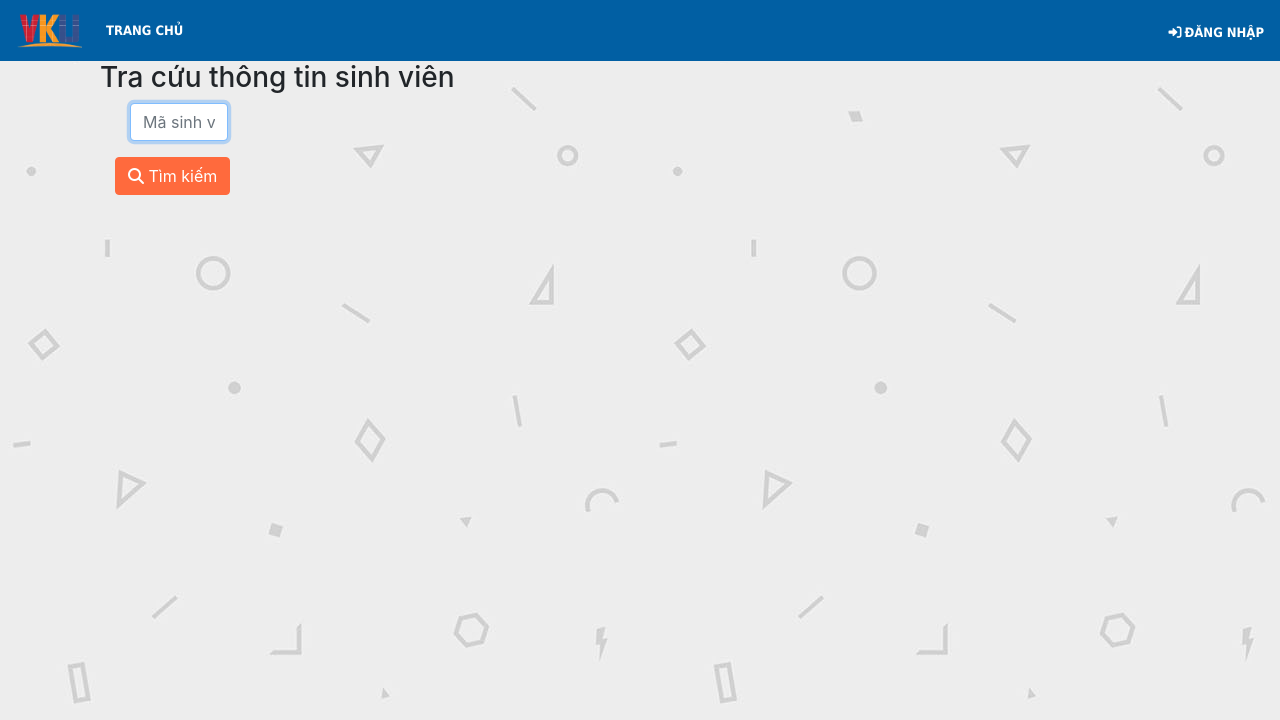
Repository: nguyenmanhtruongdat/javaServletFinalEx
Page: http://localhost/test/editInfor.jsp
The author's editor kept a copy of each file at every save. The page is drawn from the files as they stood at one save, then again after a run of saves.
The browser window is 1280 px wide. The pictures show the whole page.
Some web libraries are served in a nearby version. The page is served by Tomcat 9. Other server files are loaded and not shown.

Above is the page before, as saved 2022-07-06 14:57:22.
Console error: TypeError: $(...).datepicker is not a function

### vku/ktx/test/src/main/webapp/editInfor.jsp
<%@ page language="java" contentType="text/html; charset=UTF-8"
	pageEncoding="UTF-8"%>
<meta http-equiv="Content-Type" content="text/html; charset=UTF-8">
<%@ taglib prefix="c" uri="http://java.sun.com/jsp/jstl/core"%>
<%@ page import="java.sql.*"%>
<%@ page import="java.io.*"%>
<%@ page import="DBConnect.DBContext"%>
<!DOCTYPE html>
<html>
<head>
<meta charset="UTF-8">
<link rel="stylesheet"
	href="https://stackpath.bootstrapcdn.com/bootstrap/4.3.1/css/bootstrap.min.css"
	integrity="sha384-ggOyR0iXCbMQv3Xipma34MD+dH/1fQ784/j6cY/iJTQUOhcWr7x9JvoRxT2MZw1T"
	crossorigin="anonymous">
<link rel="stylesheet"
	href="https://cdnjs.cloudflare.com/ajax/libs/font-awesome/6.1.1/css/all.min.css">
<link rel="stylesheet"
	href="https://cdnjs.cloudflare.com/ajax/libs/font-awesome/5.15.3/css/all.min.css">
<link rel="stylesheet"
	href="https://cdnjs.cloudflare.com/ajax/libs/animate.css/4.1.1/animate.min.css" />
<link rel="icon" type="image/x-icon" href="./favicons/favicon.ico">
<link rel="./faviconsapple-touch-icon" sizes="180x180"
	href="./favicons/apple-touch-icon.png">
<link rel="icon" type="image/png" sizes="32x32"
	href="./favicons/favicon-32x32.png">
<link rel="icon" type="image/png" sizes="16x16"
	href="./favicons/favicon-16x16.png">
<style><%@ include file ="/WEB-INF/style.css"%></style>
<script src="https://code.jquery.com/jquery-1.12.4.js"></script>
<script src="https://code.jquery.com/ui/1.12.1/jquery-ui.js"></script>
<style>
input[type=checkbox], input[type=radio] {
    /* box-sizing: border-box; */
    font-size: 5px;
    margin: 0 10px 0 10px;
    padding: 0;
    width: 15px;
}
</style>
<script>
      $(function () {
        $("#datepicker").datepicker({
          dateFormat: "dd/mm/yy",
        });
      });
    </script>
<title>Trang chủ</title>
</head>
<body>
	<div class="preloading">
		<img src="gif/pre-loader.gif" alt=""
			style="width: 80px !important; height: auto;">
	</div>
	<!-- nav starts  -->

	<nav class="navbar navbar-expand-lg navbar-light sticky-top"
		style="background-color: rgb(1, 95, 163);">
		<a class="navbar-brand" href="index.jsp"><img src="images/vku.png"
			alt="" width="66px" height="35px"></a>
		<button class="navbar-toggler" type="button" data-toggle="collapse"
			data-target="#navbarColor03" aria-controls="navbarColor03"
			aria-expanded="false" aria-label="Toggle navigation">
			<span class="navbar-toggler-icon"></span>
		</button>

		<div class="collapse navbar-collapse" id="navbarColor03">
			<ul class="navbar-nav mr-auto">
				<li class="nav-item"><a class="nav-link" href="index.jsp">Trang
						chủ</a></li>
				<c:if test="${sessionScope.acc.isUser==1}">
					<li class="nav-item dropdown"><a
						class="nav-link dropdown-toggle" data-toggle="dropdown" href="#"
						role="button" aria-haspopup="true" aria-expanded="false">Đăng
							ký</a>
						<div class="dropdown-menu">
							<a class="dropdown-item" href="register-live.jsp">Đăng ký ở
								nội trú</a> <a class="dropdown-item"
								href="register-infor-student.jsp">Đăng ký thông tin cá nhân</a>
						</div></li>
				</c:if>

				<c:if test="${sessionScope.acc.isAdmin==1}">
					<li class="nav-item dropdown"><a
						class="nav-link dropdown-toggle" data-toggle="dropdown" href="#"
						role="button" aria-haspopup="true" aria-expanded="false">Quản
							lý</a>
						<div class="dropdown-menu">
							<a class="dropdown-item" href="quanlySV">Quản lý sinh viên</a> <a
								class="dropdown-item" href="quanlyPhong">Quản lý phòng</a> <a
								class="dropdown-item" href="quanlyAcc">Quản lý tài khoản</a>
						</div></li>
				</c:if>

				<c:if test="${sessionScope.acc.isUser==1}">

					<li class="nav-item dropdown"><a
						class="nav-link dropdown-toggle" data-toggle="dropdown" href="#"
						role="button" aria-haspopup="true" aria-expanded="false">Cập
							nhật thông tin</a>
						<div class="dropdown-menu">
							<a class="dropdown-item" href="editLiver.jsp">Cập nhật thông
								tin ở nội trú</a> <a class="dropdown-item" href="editInfor.jsp">Cập
								nhật thông tin các nhân</a>
						</div></li>
				</c:if>

				<c:if test="${sessionScope.acc.isAdmin==1}">
					<li class="nav-item dropdown"><a
						class="nav-link dropdown-toggle" data-toggle="dropdown" href="#"
						role="button" aria-haspopup="true" aria-expanded="false">Thông
							báo</a>
						<div class="dropdown-menu">
							<a class="dropdown-item" href="">Duyệt đăng ký phòng</a> <a
								class="dropdown-item" href="">Liên lạc sinh viên, phụ huynh</a>
							<a class="dropdown-item" href="">Thông báo nộp tiền</a> <a
								class="dropdown-item" href="">Thông báo hết hạn</a>
						</div></li>
				</c:if>

				<c:if test="${sessionScope.acc.isUser==1}">
					<li class="nav-item dropdown"><a
						class="nav-link dropdown-toggle" data-toggle="dropdown" href="#"
						role="button" aria-haspopup="true" aria-expanded="false">Biểu
							mẫu</a>
						<div class="dropdown-menu">
							<a class="dropdown-item" href="booktour.jsp">Đơn đăng ký ở
								nội trú</a> <a class="dropdown-item" href="bookticket.jsp">Hợp
								đồng</a> <a class="dropdown-item" href="bookticket.jsp">Quy định</a>
						</div></li>
				</c:if>

				<c:if test="${sessionScope.acc!=null}">
					<li class="nav-item"><a class="nav-link" href="index.jsp">Xin
							chào ${sessionScope.acc.username} !</a></li>
				</c:if>

			</ul>
			<c:if test="${sessionScope.acc==null}">
				<ul class="nav navbar-nav navbar-right">
					<li><a href="login.jsp"><i
							class="fa-solid fa-right-to-bracket"></i>Đăng nhập</a></li>
				</ul>
			</c:if>
			<c:if test="${sessionScope.acc!=null}">
				<ul class="nav navbar-nav navbar-right">
					<li><a href="logout"><i
							class="fa-solid fa-right-to-bracket"></i>Đăng xuất</a></li>
				</ul>
			</c:if>
		</div>
	</nav>
	<!-- nav end -->

	<div class="site_content">
		<div class="container">

			<div class="row">
				<section class="col-md-12" id="searchDiv">
					<div class="page_header cfix" id="page_header">
						<div class="col-xs-12 col-sm-12 col-md-12 col-lg-12">
							<h3>Tra cứu thông tin sinh viên</h3>
						</div>
						<div class="container">
							<div class="form-group">
							<div class="col-md-6">
								<div class="col-xs-11 col-sm-4 col-md-4 col-lg-3">
									<input class="form-control" name="masv" id="masv"
										placeholder="Mã sinh viên" autocomplete="off"
										required="required" autofocus="1" type="text">
								</div>
							</div>
							</div>
							<div class="form-group">
								<div class="col-xs-11 col-sm-4 col-md-4 col-lg-3">
									<button class="btn btn-primary" id="search">
										<i class="fa-solid fa-magnifying-glass"></i> Tìm kiếm
									</button>
								</div>

							</div>

						</div>

						<div id="image_id">
							<img id="ajax-loader" class="img-responsive"
								src="./gif/ajax-loader.gif" style="display: none;">
						</div>
					</div>
					<br>



					<div id="info_student"
						class="col-xs-12 col-sm-12 col-md-12 col-lg-12"></div>
					<div id="infor_room"
						class="col-xs-12 col-sm-12 col-md-12 col-lg-12"></div>
				</section>
			</div>
		</div>
	</div>

	<!-- Button trigger modal -->

	<!-- Modal -->
	<div class="modal fade" id="modalRoomInfor" tabindex="-1" role="dialog"
		aria-labelledby="modalRoomInfor" aria-hidden="true">
		<div class="modal-dialog" role="document">
			<div class="modal-content">
				<div class="modal-header">
					<h5 class="modal-title" id="exampleModalLabel">Thông tin phòng
						ở</h5>
					<button type="button" class="close" data-dismiss="modal"
						aria-label="Close">
						<span aria-hidden="true">&times;</span>
					</button>
				</div>
				<div class="modal-body" id="modal-body"></div>
			</div>
		</div>
	</div>

	<script>
//            var btn = document.getElementById("search");
//            btn.addEventListener("click", function () {
//                $.ajax({
//                    url: "/tomcat/searchSV",
//                    type: "get",
//                    beforeSend: function () {
//                        $('#image_id').show();
//                    },
//                    success: function (data) {
//                        $('#image_id').hide();
//                        var row = document.getElementById("info_student");
//                        row.innerHTML = data;
//                    },
//                    error: function (xhr) {
//                        //Do Something to handle error
//                    }
//                });
//            });

            function searchSVAjax() {
                var masvSearch = document.getElementById('masv').value;
                console.log(masvSearch);
                $.ajax({
                    url: "/test/getAllInfor",
                    type: "get",
                    data: {
                        masv: masvSearch
                    },
                    beforeSend: function () {
                        $('#ajax-loader').show();
                    },
                    success: function (data) {
                        $('#ajax-loader').hide();
                        var row = document.getElementById("info_student");
                        row.innerHTML = data;
                    },
                    error: function (xhr) {
                        //Do Something to handle error
                    }
                });
            }
            var input = document.getElementById("masv");
            input.addEventListener("keypress", function (event) {
                if (event.key === "Enter") {
                    if (input.value == "") {
                        alert("Vui lòng nhập mã sinh viên!");
                    } else {
                        event.preventDefault();
                        document.getElementById("search").click();
                    }
                }
            });
            var btn = document.getElementById("search");
            btn.addEventListener('click', function () {
                if (input.value == "") {
                    alert("Vui lòng nhập mã sinh viên!");
                } else {
                    searchSVAjax();
                }
            })
        </script>
	<script
		src="https://ajax.googleapis.com/ajax/libs/jquery/3.5.1/jquery.min.js"></script>
	<script type="text/javascript" src="js/bootstrap.min.js"></script>
	<script type="text/javascript" src="js/script.js"></script>
</body>
</html>

### vku/ktx/test/src/main/webapp/WEB-INF/style.css
@import
	url('https://fonts.googleapis.com/css2?family=Permanent+Marker&display=swap')
	;

html {
	scroll-behavior: smooth;
}
body{
	background: url("./images/body.jpg") ;
}
.btn-primary {
	color: #fff !important;
    background-color: #FF6A3D!important;
    border-color: #FF6A3D !important;
}
.center {
	margin: 0 auto;
	width: 100%;
}

.preloading {
	position: fixed;
	top: 0;
	left: 0;
	width: 100%;
	height: 100%;
	background: #ffffff no-repeat center center !important;
	background-size: 10%;
	z-index: 9999;
	display: flex;
	justify-content: center;
	align-items: center;
}

.divider:after, .divider:before {
	content: "";
	flex: 1;
	height: 1px;
	background: none;
}

p {
	font-size: 20px;
}

input[type=submit] {

}

span {
	color: red !important;
}

span {
	color: red;
	font-weight: bold;
}

.navbar-light .navbar-nav .nav-link, #navbarColor03>ul.nav.navbar-nav.navbar-right>li>a
	{
	color: white;
}

nav ul li a {
	font-family: "bebasneue", Tahoma, Arial, sans-serif !important;
	text-transform: uppercase;
	font-weight: bold;
	font-size: 13px;
}

#navbarColor03>ul.nav.navbar-nav.navbar-right>li>a>i:before {
	padding: 3px
}

#navbarColor03>form {
	width: 130px;
}

#navbarColor03>form>div>a {
	color: white;
}

a:hover {
	text-decoration: none !important;
}

body>div>div>form>div>div:nth-child(4)>a {
	width: 370px;
	height: 29px;
}

.btn:after {
	padding: 5px;
}

.btn-default {
	color: #ffffff;
	background-color: #a7a9aa;
	border-color: #a7a9aa;
}

.modal-content {
	position: static;
	float: left;
	left: 0;
	width: 1000px;
	background: #ffffff;
	box-shadow: 0px 3px 6px rgb(34 25 25/ 40%);
	padding: 0px 30px;
	min-height: 100%;
	cursor: default;
}

.img-thumbnail {
	width: 100px;
	height: auto;
}

/* Dashboard */
body {
  background-color: #fbfbfb;
}
@media (min-width: 991.98px) {
  main {
    padding-left: 240px;
  }
}

/* Sidebar */
.sidebar {
  position: fixed;
  top: 0;
  bottom: 0;
  left: 0;
  padding: 58px 0 0; /* Height of navbar */
  box-shadow: 0 2px 5px 0 rgb(0 0 0 / 5%), 0 2px 10px 0 rgb(0 0 0 / 5%);
  width: 240px;
  z-index: 600;
}

@media (max-width: 991.98px) {
  .sidebar {
    width: 100%;
  }
}
.sidebar .active {
  border-radius: 5px;
  box-shadow: 0 2px 5px 0 rgb(0 0 0 / 16%), 0 2px 10px 0 rgb(0 0 0 / 12%);
}

.sidebar-sticky {
  position: relative;
  top: 0;
  height: calc(100vh - 48px);
  padding-top: 0.5rem;
  overflow-x: hidden;
  overflow-y: auto; /* Scrollable contents if viewport is shorter than content. */
}
/* Dashboard */

### vku/ktx/test/src/main/webapp/js/script.js
$(window).on("load", function () {
			$(".preloading").fadeOut("slow");
		});
		var loader = document.getElementById("preloading");
		window.addEventListener("load", function () {
			loader.style.display = "none";
		})


$(document).ready(function(){
  // Add smooth scrolling to all links
  $("a").on('click', function(event) {

    // Make sure this.hash has a value before overriding default behavior
    if (this.hash !== "") {
      // Prevent default anchor click behavior
      event.preventDefault();

      // Store hash
      var hash = this.hash;

      // Using jQuery's animate() method to add smooth page scroll
      // The optional number (800) specifies the number of milliseconds it takes to scroll to the specified area
      $('html, body').animate({
        scrollTop: $(hash).offset().top
      }, 800, function(){

        // Add hash (#) to URL when done scrolling (default click behavior)
        window.location.hash = hash;
      });
    } // End if
  });
});


  $( function() {
    $( "#datepicker" ).datepicker();
  } );

Loaded but not shown: vku/ktx/test/src/main/webapp/js/bootstrap.min.js (library)

After the next 2 saves:
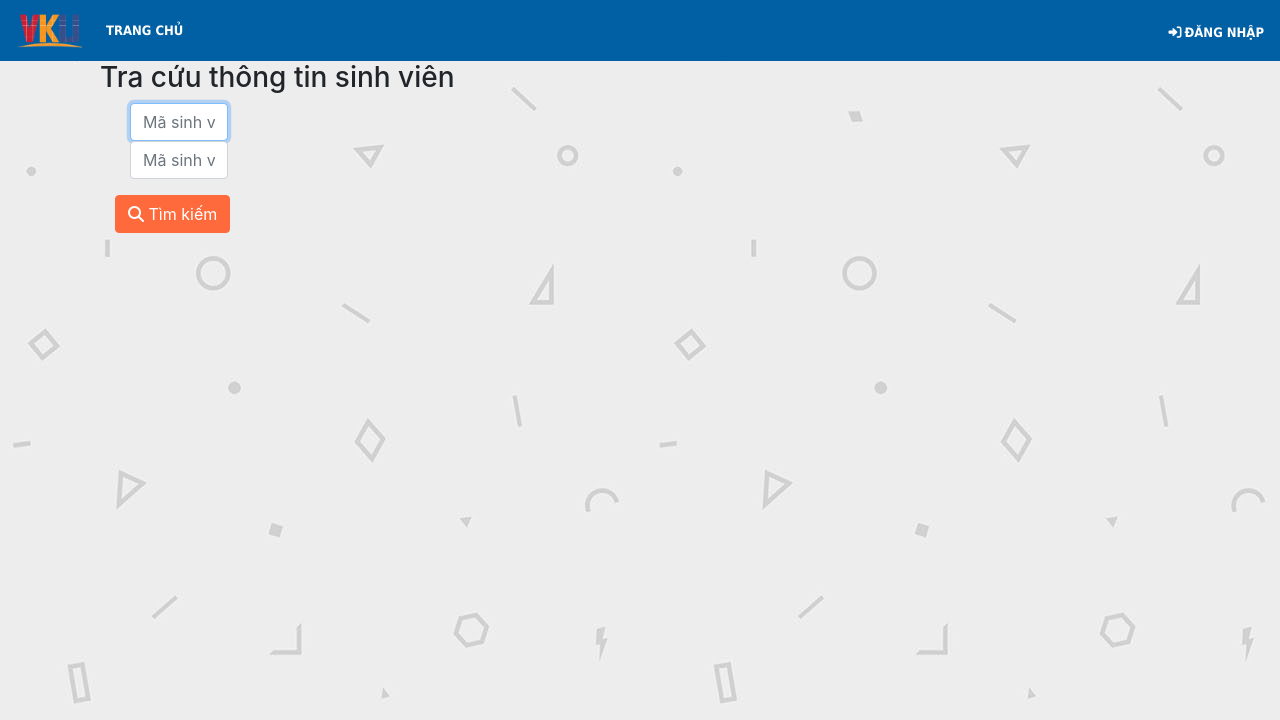
The 2 saves are shown as one change because they came seconds apart.
The last was saved 22 s later.
--- a/vku/ktx/test/src/main/webapp/editInfor.jsp
+++ b/vku/ktx/test/src/main/webapp/editInfor.jsp
@@ -166,6 +166,13 @@
 							<div class="col-md-6">
 								<div class="col-xs-11 col-sm-4 col-md-4 col-lg-3">
 									<input class="form-control" name="masv" id="masv"
+										placeholder="Mã sinh viên" autocomplete="off"
+										required="required" autofocus="1" type="text">
+								</div>
+							</div>
+														<div class="col-md-6">
+								<div class="col-xs-11 col-sm-4 col-md-4 col-lg-3">
+									<input class="form-control" name="cmnd" id="cmnd"
 										placeholder="Mã sinh viên" autocomplete="off"
 										required="required" autofocus="1" type="text">
 								</div>
